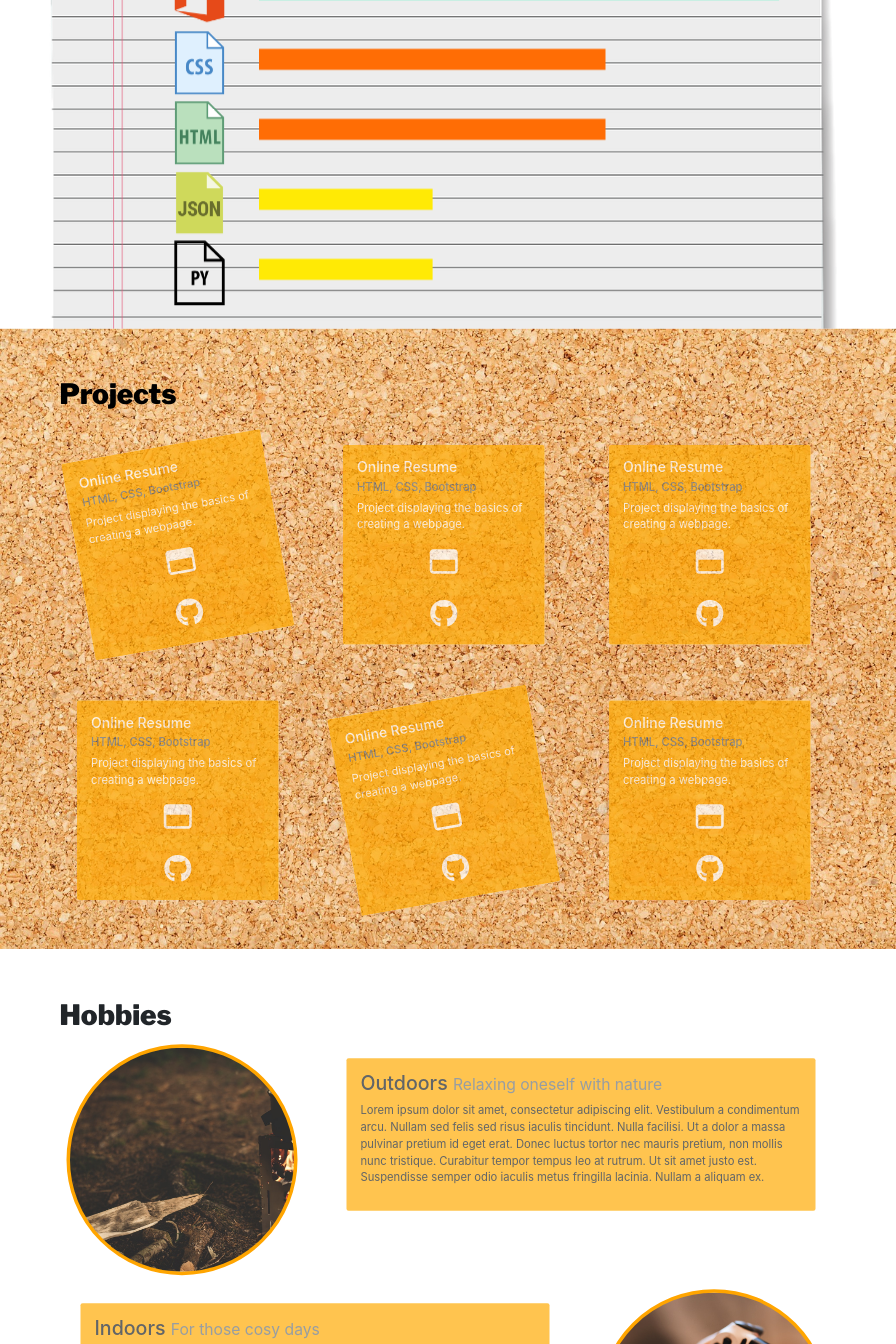
Repository: muhdarifrawi/resume-project
Page: index.html
The author's editor kept a record of every edit. The page is drawn from the files as they stood at one moment, then again after the next edit.
The browser window is 1280 px wide. The pictures show the part of the page from y = 1064 to 2984 px (the page is 4106 px tall), at 70% of full size.
Some web libraries are served in a nearby version.

Above is the page before.

### index.html
<!doctype html>
<html lang="en">

<head>
    <!-- Required meta tags -->
    <meta charset="utf-8">
    <meta name="viewport" content="width=device-width, initial-scale=1, shrink-to-fit=no">
    <!-- Font Awesome script -->
    <script src="https://kit.fontawesome.com/00e1568e72.js"></script>
    <!-- GOOGLE font -->
    <link href="https://fonts.googleapis.com/css?family=Libre+Franklin:900&display=swap" rel="stylesheet">
    <!-- AOS script -->
    <link href="https://unpkg.com/aos@2.3.1/dist/aos.css" rel="stylesheet">

    <!-- Bootstrap CSS -->
    <link rel="stylesheet" href="https://stackpath.bootstrapcdn.com/bootstrap/4.3.1/css/bootstrap.min.css" integrity="sha384-ggOyR0iXCbMQv3Xipma34MD+dH/1fQ784/j6cY/iJTQUOhcWr7x9JvoRxT2MZw1T" crossorigin="anonymous">
    <link rel="stylesheet" href="style.css" type="text/css" />
    <title>Online Resume</title>
</head>

  <!-- scroll spy added to body section -->
<body data-spy="scroll" data-target="#navscroll" data-offset="100">
    <!-- Navbar starts here -->
    <nav id="navscroll" class="navbar fixed-top navbar-expand-lg navbar-light bg-light">
        <a class="navbar-brand" href="#">My Resume</a>
        <button class="navbar-toggler" type="button" data-toggle="collapse" data-target="#navbarSupportedContent" aria-controls="navbarSupportedContent" aria-expanded="false" aria-label="Toggle navigation">
    <span class="navbar-toggler-icon"></span>
  </button>

        <div class="collapse navbar-collapse" id="navbarSupportedContent">
            <ul class="navbar-nav mr-auto">
                <li class="nav-item">
                    <a class="nav-link" href="#home">Home <span class="sr-only">(current)</span></a>
                </li>
                <li class="nav-item">
                    <a class="nav-link" href="#skills">Skills</a>
                </li>

                <li class="nav-item">
                    <a class="nav-link" href="#projects">Projects</a>
                </li>

                <li class="nav-item">
                    <a class="nav-link" href="#hobbies">Hobbies</a>
                </li>

                <li class="nav-item">
                    <a class="nav-link" href="#contact">Contact Me</a>
                </li>

            </ul>

        </div>
    </nav>
    <!-- navbar ends here -->

    <!--Jumbotron -->
    <div class="jumbotron jumbotron-fluid" id="home">
        <div class="container">
            <h1 class="display-4">Muhammad Arif Bin Rawi</h1>
            <p class="lead">Aspiring Junior Game Developer. </p>
        </div>
    </div>

    <div class="orange strip"></div>

<div class="container" id="skills">

<h1>Skills</h1>
    <!-- created div to slot in AOS -->
   <div data-aos="fade-right" data-aos-offset="300" data-aos-easing="ease-in-sine">
        <!-- photoshop row -->
        <div class="row pt-md-5">
            <div class="col-lg-3 col-sm-6">
                <div class="ware">
                    <img src="image/icon/PS.png" alt="photoshop" class="rounded">
                    <div class="house">
                        <div class="text">
                            <h5>Photoshop</h5>
                        </div>
                        <div class="text2">
                            <h6>Good</h6>
                        </div>
                    </div>
                </div>
            </div>
            <div class="col-lg-9 col-sm-6">
                <div class="bar-mid"></div>
            </div>
        </div>

        <!-- ms office row -->
        <div class="row">
            <div class="col-lg-3 col-sm-6">
                <div class="ware">
                    <img src="image/icon/MSO.png" alt="MS Office" class="rounded">
                    <div class="house">
                        <div class="text">
                            <h5>MS Office</h5>
                        </div>
                        <div class="text2">
                            <h6>Advance</h6>
                        </div>
                    </div>
                </div>
            </div>
            <div class="col-lg-9 col-sm-6">
                <div class="bar-full"></div>
            </div>
        </div>

        <!-- CSS row -->
        <div class="row">
            <div class="col-lg-3 col-sm-6">
                <div class="ware">
                    <img src="image/icon/CSS.png" alt="CSS" class="rounded">
                    <div class="house">
                        <div class="text">
                            <h5>CSS</h5>
                        </div>
                        <div class="text2">
                            <h6>Good</h6>
                        </div>
                    </div>
                </div>
            </div>
            <div class="col-lg-9 col-sm-6">
                <div class="bar-mid"></div>
            </div>
        </div>

        <!-- HTML row -->
        <div class="row">
            <div class="col-lg-3 col-sm-6">
                <div class="ware">
                    <img src="image/icon/HTML.png" alt="HTML" class="rounded">
                    <div class="house">
                        <div class="text">
                            <h5>HTML</h5>
                        </div>
                        <div class="text2">
                            <h6>Good</h6>
                        </div>
                    </div>
                </div>
            </div>
            <div class="col-lg-9 col-sm-6">
                <div class="bar-mid"></div>
            </div>
        </div>

        <!-- Java row -->
        <div class="row">
            <div class="col-lg-3 col-sm-6">
                <div class="ware">
                    <img src="image/icon/JS.png" alt="Java" class="rounded">
                    <div class="house">
                        <div class="text">
                            <h5>Java</h5>
                        </div>
                        <div class="text2">
                            <h6>Basic</h6>
                        </div>
                    </div>
                </div>
            </div>
            <div class="col-lg-9 col-sm-6">
                <div class="bar-min"></div>
            </div>
        </div>

        <!-- Python row -->
        <div class="row">
            <div class="col-lg-3 col-sm-6">
                <div class="ware">
                    <img src="image/icon/PY.png" alt="Python" class="rounded">
                    <div class="house">
                        <div class="text">
                            <h5>Python</h5>
                        </div>
                        <div class="text2">
                            <h6>Basic</h6>
                        </div>
                    </div>
                </div>
            </div>
            <div class="col-lg-9 col-sm-6">
                <div class="bar-min"></div>
            </div>
        </div>
    </div>
</div>

    <!-- <div class="orange strip"></div> -->

<!--usage of jumbotron to overcome "no-stretch" problem -->
<div class="jumbotron jumbotron-fluid "  id="projects">
<div class="container">
        <h1>Projects</h1>
        <div class="row">
            <div class="col">
                <div class="card note" style="width: 18rem;">
                    <div class="card-body">
                        <h5 class="card-title">Online Resume</h5>
                        <h6 class="card-subtitle mb-2 text-muted">HTML, CSS, Bootstrap</h6>
                        <p class="card-text">Project displaying the basics of creating a webpage.</p>

                        <a href="https://muhdarifrawi.github.io/resume-project/" target="_blank" class="card-link">
                            <div class="rounded-box"><i class="far fa-window-maximize"></i></div></a>

                        <a href="https://github.com/muhdarifrawi/resume-project" target="_blank" class="card-link">
                            <div class="rounded-box"><i class="fab fa-github"></i></div></a>
                    </div>
                </div>
            </div>

            <div class="col">
                <div class="card note2" style="width: 18rem;">
                    <div class="card-body">
                        <h5 class="card-title">Online Resume</h5>
                        <h6 class="card-subtitle mb-2 text-muted">HTML, CSS, Bootstrap</h6>
                        <p class="card-text">Project displaying the basics of creating a webpage.</p>

                        <a href="https://muhdarifrawi.github.io/resume-project/" target="_blank" class="card-link">
                            <div class="rounded-box"><i class="far fa-window-maximize"></i></div></a>

                        <a href="https://github.com/muhdarifrawi/resume-project" target="_blank" class="card-link">
                            <div class="rounded-box"><i class="fab fa-github"></i></div></a>
                    </div>
                </div>
            </div>

            <div class="col">
                <div class="card note3" style="width: 18rem;">
                    <div class="card-body">
                        <h5 class="card-title">Online Resume</h5>
                        <h6 class="card-subtitle mb-2 text-muted">HTML, CSS, Bootstrap</h6>
                        <p class="card-text">Project displaying the basics of creating a webpage.</p>

                        <a href="https://muhdarifrawi.github.io/resume-project/" target="_blank" class="card-link">
                            <div class="rounded-box"><i class="far fa-window-maximize"></i></div></a>

                        <a href="https://github.com/muhdarifrawi/resume-project" target="_blank" class="card-link">
                            <div class="rounded-box"><i class="fab fa-github"></i></div></a>
                    </div>
                </div>
            </div>

        </div>

        <div class="row">
        <div class="col">
            <div class="card note3" style="width: 18rem;">
                <div class="card-body">
                    <h5 class="card-title">Online Resume</h5>
                    <h6 class="card-subtitle mb-2 text-muted">HTML, CSS, Bootstrap</h6>
                    <p class="card-text">Project displaying the basics of creating a webpage.</p>

                    <a href="https://muhdarifrawi.github.io/resume-project/" target="_blank" class="card-link">
                        <div class="rounded-box"><i class="far fa-window-maximize"></i></div></a>

                    <a href="https://github.com/muhdarifrawi/resume-project" target="_blank" class="card-link">
                        <div class="rounded-box"><i class="fab fa-github"></i></div></a>
                </div>
            </div>
        </div>

        <div class="col">
            <div class="card note" style="width: 18rem;">
                <div class="card-body">
                    <h5 class="card-title">Online Resume</h5>
                    <h6 class="card-subtitle mb-2 text-muted">HTML, CSS, Bootstrap</h6>
                    <p class="card-text">Project displaying the basics of creating a webpage.</p>

                    <a href="https://muhdarifrawi.github.io/resume-project/" target="_blank" class="card-link">
                        <div class="rounded-box"><i class="far fa-window-maximize"></i></div></a>

                    <a href="https://github.com/muhdarifrawi/resume-project" target="_blank" class="card-link">
                        <div class="rounded-box"><i class="fab fa-github"></i></div></a>
                </div>
            </div>
        </div>

        <div class="col">
            <div class="card note2" style="width: 18rem;">
                <div class="card-body">
                    <h5 class="card-title">Online Resume</h5>
                    <h6 class="card-subtitle mb-2 text-muted">HTML, CSS, Bootstrap</h6>
                    <p class="card-text">Project displaying the basics of creating a webpage.</p>

                    <a href="https://muhdarifrawi.github.io/resume-project/" target="_blank" class="card-link">
                        <div class="rounded-box"><i class="far fa-window-maximize"></i></div></a>

                    <a href="https://github.com/muhdarifrawi/resume-project" target="_blank" class="card-link">
                        <div class="rounded-box"><i class="fab fa-github"></i></div></a>
                </div>
            </div>
        </div>

    </div>

    </div>
</div>
<!-- <div class="orange strip"></div> -->

<div class="container" id="hobbies">
    <h1>Hobbies</h1>
    <div class="row">

        <div class="col-sm-6 col-md-4 ">
            <div class="col"><div class="thumb camping"></div></div>
        </div>
        <div class="col-sm-6 col-md-8">
            <div class="card">
                <div class="card-body">
                    <h3>
                      Outdoors
                      <small class="text-muted">Relaxing oneself with nature</small>
                    </h3>

                    <p>
                        Lorem ipsum dolor sit amet, consectetur adipiscing elit. Vestibulum a condimentum arcu. Nullam sed felis sed risus iaculis tincidunt. Nulla facilisi. Ut a dolor a massa pulvinar pretium id eget erat. Donec luctus tortor nec mauris pretium, non mollis nunc tristique. Curabitur tempor tempus leo at rutrum. Ut sit amet justo est. Suspendisse semper odio iaculis metus fringilla lacinia. Nullam a aliquam ex.
                    </p>
                </div>
            </div>
        </div>

    </div>

       <div class="row">

        <div class="col-sm-6 order-sm-2 col-md-4">
            <div class="col"><div class="thumb indoor"></div></div>

        </div>
        <div class="col-sm-6 order-sm-1 col-md-8">

            <div class="card">
                <div class="card-body">
                    <h3>
                    Indoors
                      <small class="text-muted">For those cosy days</small>
                    </h3>

                    <p>
                        Lorem ipsum dolor sit amet, consectetur adipiscing elit. Vestibulum a condimentum arcu. Nullam sed felis sed risus iaculis tincidunt. Nulla facilisi. Ut a dolor a massa pulvinar pretium id eget erat. Donec luctus tortor nec mauris pretium, non mollis nunc tristique. Curabitur tempor tempus leo at rutrum. Ut sit amet justo est. Suspendisse semper odio iaculis metus fringilla lacinia. Nullam a aliquam ex.
                    </p>
                </div>
            </div>

        </div>

    </div>

</div>

<div class="orange strip"></div>

<div class="container" id="contact">


<div class="row">


<!-- left column -->
<div class="col-sm-6 pl-4">
    <!-- top column -->
    <div class="row">
    <h1>Contact Me</h1>
    </div>

<!-- bottom column -->
<div class="row">
<div class="col">
<form>

    <div class="form-group">
        <label for="name">Name</label>
        <input type="text" class="form-control" id="form1" placeholder="Name" required>
    </div>

    <div class="form-group">
        <label for="email">Email Address</label>
        <input type="email" class="form-control" id="form1" placeholder="name@example.com" required>
    </div>


    <div class="form-group">
        <label for="Textarea">Comments</label>
        <textarea class="form-control" id="form1" rows="3" required></textarea>
    </div>

    <input class="btn btn-primary" type="submit" value="Submit">
</form>

</div>
</div>
</div>
<!-- right column-->
<div class="col-sm-6 pl-4">
    <!-- top column -->
    <div class="row">
    <h1>Follow Me</h1>
    </div>
<!--bottom column -->
<div class="col">
    <div class="row pt-3"></div>
    <div class="row">
        <div class="col"><a href="https://www.twitter.com/ArifRawi" target="_blank"><div class="rounded-box"><i class="fab fa-twitter"></i></div></a></div>
        <div class="col"><a href="https://github.com/muhdarifrawi" target="_blank"><div class="rounded-box"><i class="fab fa-github"></i></div></a></div>
        <div class="col"><a href="https://www.instagram.com/muhdarifrawi/" target="_blank"><div class="rounded-box"><i class="fab fa-instagram"></i></div></a></div>

    </div>
    <div class="row"></div>
</div>
</div>
</div>
</div>

<div class="orange banner">
    <div class="container" id="footer">

        <div class="row">

            <div class="col-sm-4 px-4">
                <h6>Acknowledgments</h6>
                    <p>Thank you to all that has helped and guided me in making this project work.</p>



            </div>

            <div class="col-sm-4 px-4">
                <h6>Disclaimer</h6>
                <p>This webpage is a work meant for education purposes only. </p>
            </div>

            <div class="col-sm-4 px-4">
                <h6>Copyright 2019, all rights reserved.</h6>
            </div>
        </div>

    </div>
</div>
    <!-- Optional JavaScript -->
    <!-- jQuery first, then Popper.js, then Bootstrap JS -->
    <script src="https://code.jquery.com/jquery-3.3.1.slim.min.js" integrity="sha384-q8i/X+965DzO0rT7abK41JStQIAqVgRVzpbzo5smXKp4YfRvH+8abtTE1Pi6jizo" crossorigin="anonymous"></script>
    <script src="https://cdnjs.cloudflare.com/ajax/libs/popper.js/1.14.7/umd/popper.min.js" integrity="sha384-UO2eT0CpHqdSJQ6hJty5KVphtPhzWj9WO1clHTMGa3JDZwrnQq4sF86dIHNDz0W1" crossorigin="anonymous"></script>
    <script src="https://stackpath.bootstrapcdn.com/bootstrap/4.3.1/js/bootstrap.min.js" integrity="sha384-JjSmVgyd0p3pXB1rRibZUAYoIIy6OrQ6VrjIEaFf/nJGzIxFDsf4x0xIM+B07jRM" crossorigin="anonymous"></script>
    <!--AOS script -->
    <script src="https://unpkg.com/aos@2.3.1/dist/aos.js"></script>

    <script>
        AOS.init();
    </script>
</body>

</html>

### style.css
html{
    width:100%;
    height:100%;

}

body{
    padding-top:30px;
    width:100%;
    height:100%;

}

.jumbotron{
    margin-bottom:0px;
}

.box{
    height:50px;
    width:50px;
}

.red{
    background-color:red;
}

.blue{
    background-color:blue;
}

.orange{
    background-color:rgba(255, 172, 5, 1);
}

.strip{
    width:100%;
    height:10px;
}

.banner{
    width:100%;
    height:300px;
}

.rect{
    width:100%;
    height:100%;
    padding:15px;
}

.container{
    padding-top:70px;
    padding-bottom:30px;
}

.shelf{
    height:100%;
    width:100%;
}

.col{
    padding:10px;
}


.jumbotron {
  color:white;
}

#home{
    background-image: url("image/bg/bench.jpg");
    background-size: cover;
    /*this allows the image to stretch height to its max. needs html and body to be height:100% as well*/
    height:100%;

}

h1 {
font-family: 'Libre Franklin', sans-serif;
}

.card{
    margin:30px;
    opacity:0.7;
    border:none;
    transition-duration:1s;

}

.card-body{
    background-color:rgb(255, 172, 5);
    border-radius:3px;

}

.card:hover{
    opacity:1;
}

#footer{
    padding-bottom:0px;
    padding-left:0px;
    padding-right:0px;
    width:100%;
}

.btn-primary{
    background-color:rgb(255, 193, 100);
    border-color:rgb(255, 193, 100);

}

.btn-primary:hover {
    background-color:rgb(255, 234, 5);
    border-color:rgb(255, 234, 5);

}

.icon{
    height:60px;
}

#projects{
    background-image:url(image/bg/corkboard.jpg);
    background-size:cover;
    height:auto;
    padding:0px;

}

#projects h1{
    color:black;
}

#skills{
    background-image:url(image/bg/notepad.png);
    background-size:cover;

}

.rounded-box{
    background-color:orange;
    height:50px;
    border-radius:5px;
    text-align:center;
    border:1px;
    transition-duration:0.5s;
}

.rounded-box:hover{
    transition-duration:0.5s;
    background-color:rgb(255, 234, 5);
    border-color:rgb(255, 234, 5);
}

.fa-twitter{
    padding-top:5px;
    font-size:40px;
    color:white;
}

.fa-github{
    padding-top:5px;
    font-size:40px;
    color:white;
}

.fa-instagram{
    padding-top:5px;
    font-size:40px;
    color:white;
}

.fa-window-maximize{
    padding-top:5px;
    font-size:40px;
    color:white;
}

.follow{
    margin-top:50px;
}


.bar-full {
    width:0%;
    height:30px;
    background-color:blue;
    animation-name: adv;
    animation-duration: 4s;
    animation-fill-mode:forwards;
    transform:translate(0, 100%);
}

@keyframes adv{

    from{
        width:0%;
        Background-color:rgb(255, 234, 5);
    }

    to{
        width:90%;
        background-color:rgb(5, 255, 172);

    }

}

.bar-mid {
    width:0%;
    height:30px;
    background-color:blue;
    animation-name: gd;
    animation-duration: 4s;
    animation-fill-mode:forwards;
    transform:translate(0, 100%);
}

@keyframes gd{

    from{
        width:0%;
        Background-color:rgb(255, 234, 5);
    }

    to{
        width:60%;
        background-color:rgb(255, 109, 5);

    }

}

.bar-min {
    width:0%;
    height:30px;
    background-color:blue;
    animation-name: basic;
    animation-duration: 4s;
    animation-fill-mode:forwards;
    transform:translate(0, 100%);
}

@keyframes basic{

    from{
        width:0%;
        Background-color:rgb(255, 234, 5);
    }

    to{
        width:30%;
        background-color:rgb(255, 234, 5);

    }

}

.ware{
    /*background-color:purple;*/
    width:100px;
    height:100%;
    margin-left:150px;

}

.rounded{
    width:100%;
}

.house{
    background-color:rgb(255, 172, 5);
    width:100px;
    height:100%;
    transform:translate(0,-100%);
    opacity:0;
    transition-duration:0.75s;
    position:absolute;
    text-align:justify;
    border-radius:3px;
}

.ware:hover .house{
    opacity:0.9;
    cursor:pointer;
}

.text{
    color:rgb(88, 5, 255);
    margin-top:5px;
    text-align:center;
}

.text2{
    color:rgba(5, 88, 255, 0.7);
    margin-top:5px;
    text-align:center;
}

.note {
    transform:rotate(-10deg);
    transition-duration: 1s;
}

.note:hover {
    transform:rotate(0deg);
}

.note {
    transform:rotate(-10deg);
    transition-duration: 1s;
}

.note:hover {
    transform:rotate(0deg);
}

.note {
    transform:rotate(-10deg);
    transition-duration: 1s;
}

.note:hover {
    transform:rotate(0deg);
}

.thumb{
    height:330px;
    width:330px;
    /*background-color:green;*/
    border-radius:165px;
    border-color:orange;
    border-style:solid;
    border-width:5px;
}

.camping{
  background-image:url(image/thumb/camping.jpg);
  background-size:cover;
}

.indoor{
  background-image:url(image/thumb/indoor.jpg);
  background-size:cover;
}

/* Medium devices (tablets, 768px and up)*/
@media (max-width: 426px) {

    .ware{

    margin-left:0px;
    padding-top:20px;

    }

    .bar-min, .bar-mid, .bar-full{

    margin-bottom:25px;
    }

    .note {
    transform:rotate(0deg);
    transition-duration: 1s;
    }

    #skills{
        padding-top:25px;
    }


}

After the next edit:
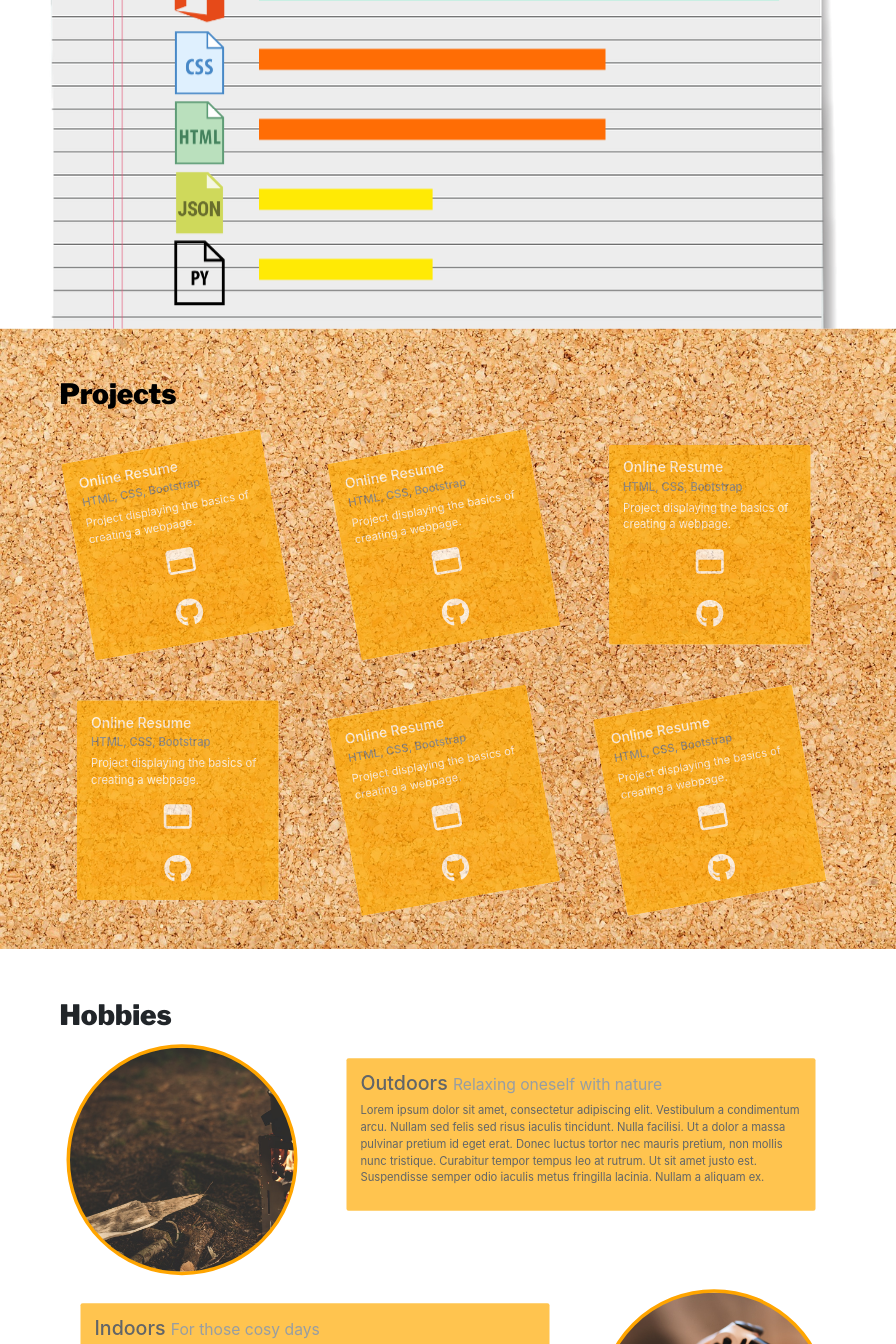
The edit:
--- a/style.css
+++ b/style.css
@@ -307,7 +307,7 @@
     transform:rotate(0deg);
 }
 
-.note {
+.note2 {
     transform:rotate(-10deg);
     transition-duration: 1s;
 }
